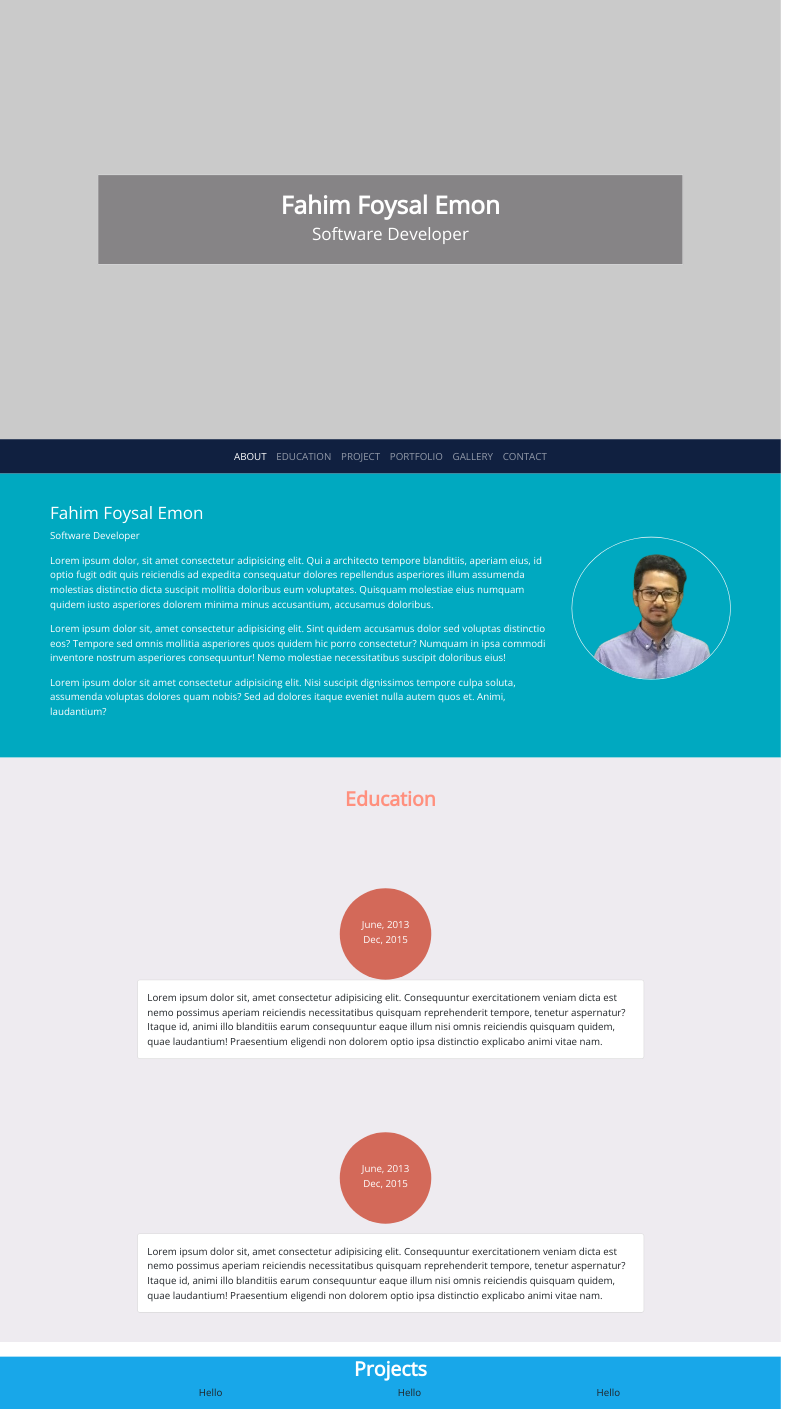
Repository: emowzz/emowzz.github.io
Page: index.html
The author's editor kept a copy of each file at every save. The page is drawn from the files as they stood at one save, then again after the next save.
The browser window is 1280 px wide. The page is 1292 px wide, so the pictures cover 1292 px, including what lies to the right of the window. The pictures show the whole page, at 61% of full size.
Some web libraries are served in a nearby version.

Above is the page before, as saved 2021-03-17 23:12:48.

After the next save:
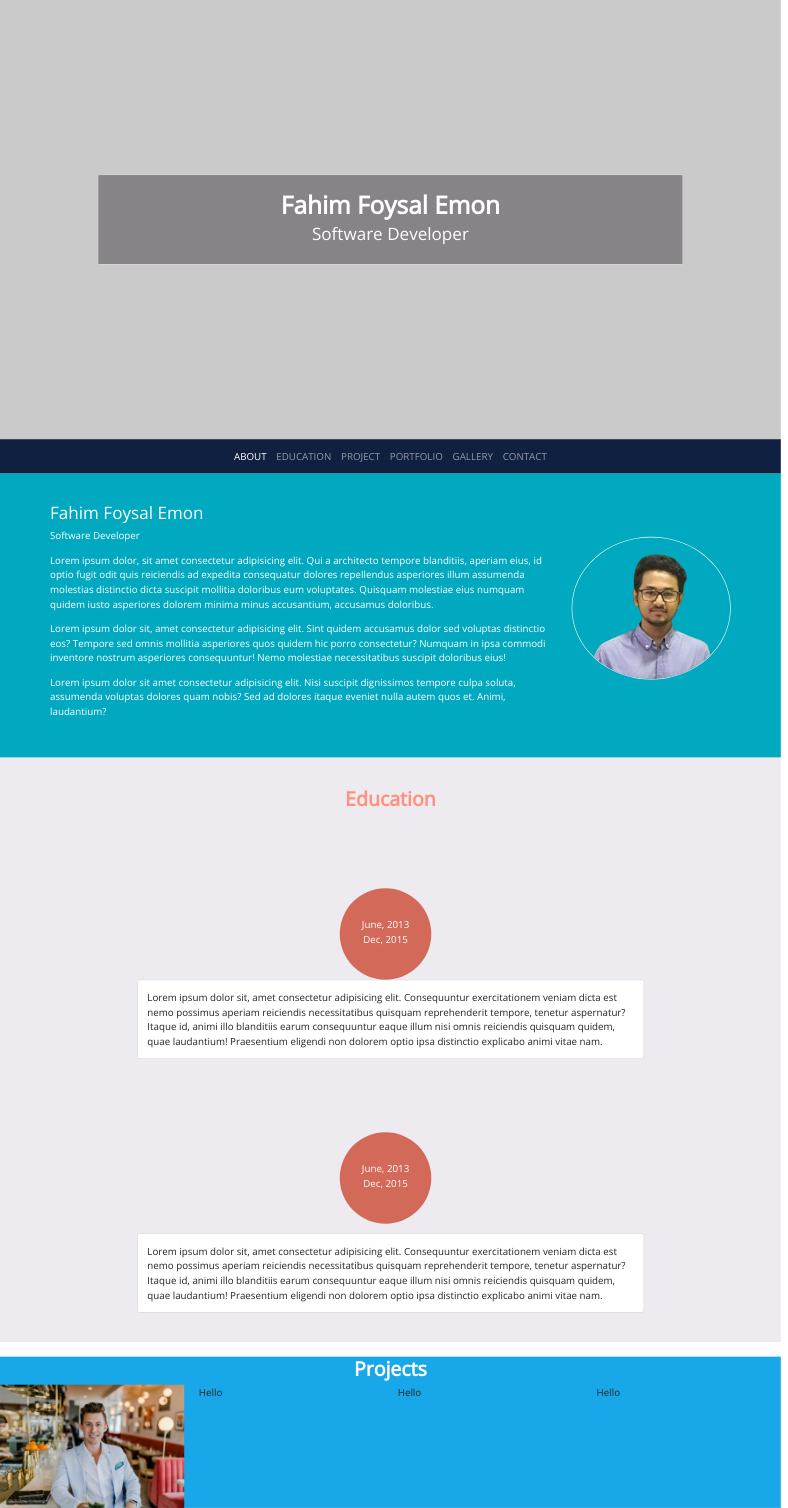
Saved 13 s later.
--- a/index.html
+++ b/index.html
@@ -163,7 +163,7 @@
       </div>
       <div class="row">
         <div class="col-md-3">
-          <img src="" alt="" class="img-fluid">
+          <img src="./Image/unsplash_boy.jpg" alt="" class="img-fluid">
           <a href=""></a>
         </div>
         <div class="col-md-3">
